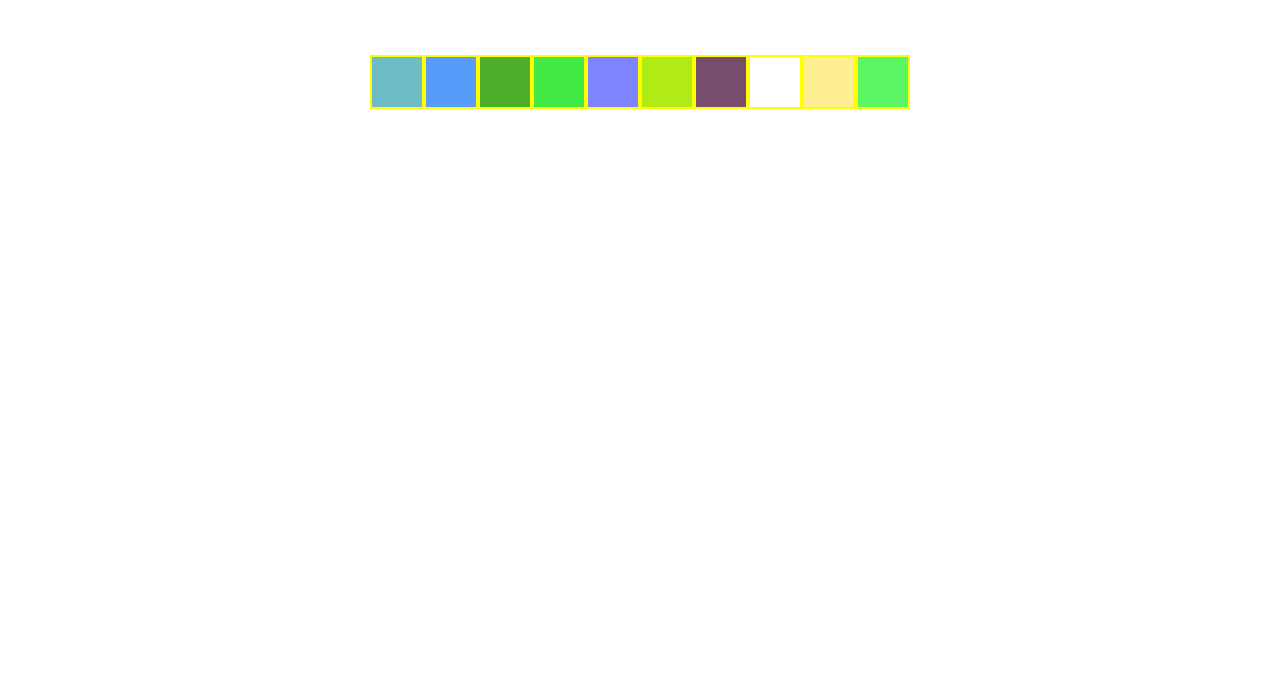
Repository: batonAnton/cursor_hw_10
Page: index.html
The author's editor kept a copy of each file at every save. The page is drawn from the files as they stood at one save, then again after the next save.
The browser window is 1280 px wide. The pictures show the whole page.

Above is the page before, as saved 2023-01-31 13:58:34.

After the next save:
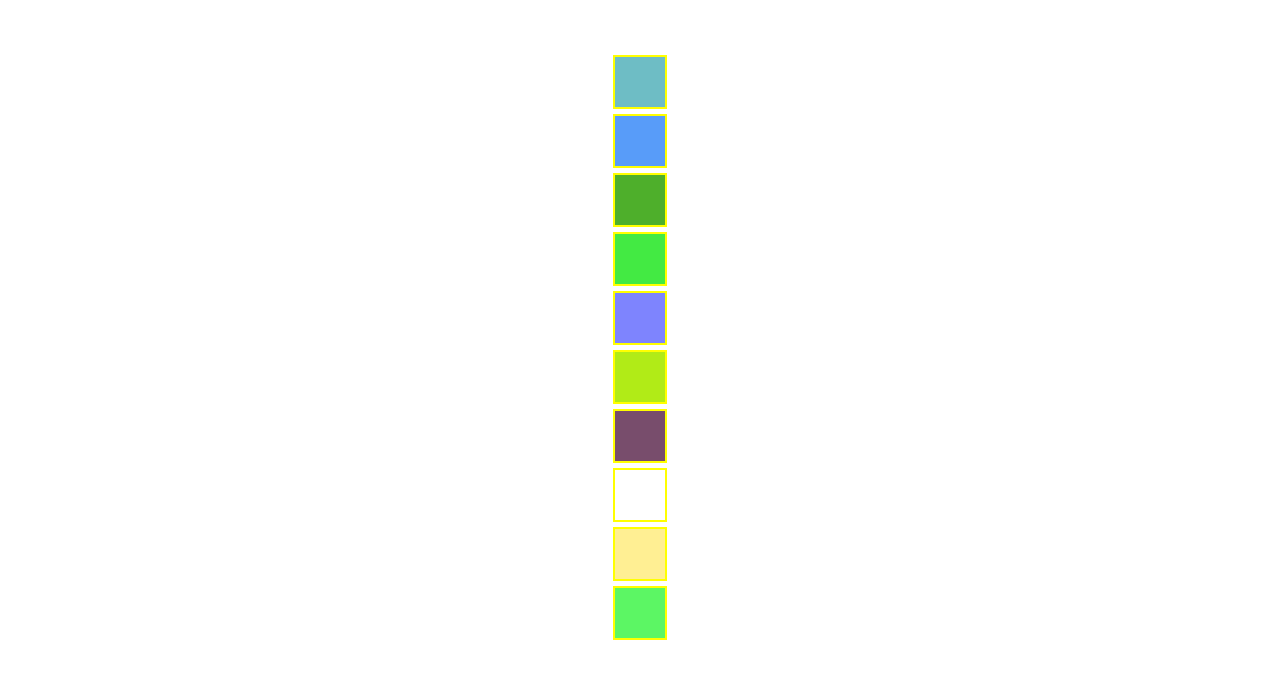
Saved 78 s later.
--- a/index.js
+++ b/index.js
@@ -1,4 +1,4 @@
-const container = document.querySelector(".container");
+const row = document.querySelector(".row");
 
 function generateBlocks(){
     // for(let i = 0; i < 5; i++){
@@ -6,13 +6,12 @@
             const div = document.createElement("div");
             div.style.backgroundColor = "#" + Math.floor(Math.random()*16777215).toString(16);
             div.classList.add("box");
-            container.prepend(div);
-// changeBackGround()
+            row.prepend(div);
 
 
-            // myDiv.innerHTML = "#" + randomColor;
         }
 }
+// }
 
 generateBlocks();
 // function changeBackGround() {

After the save that followed:
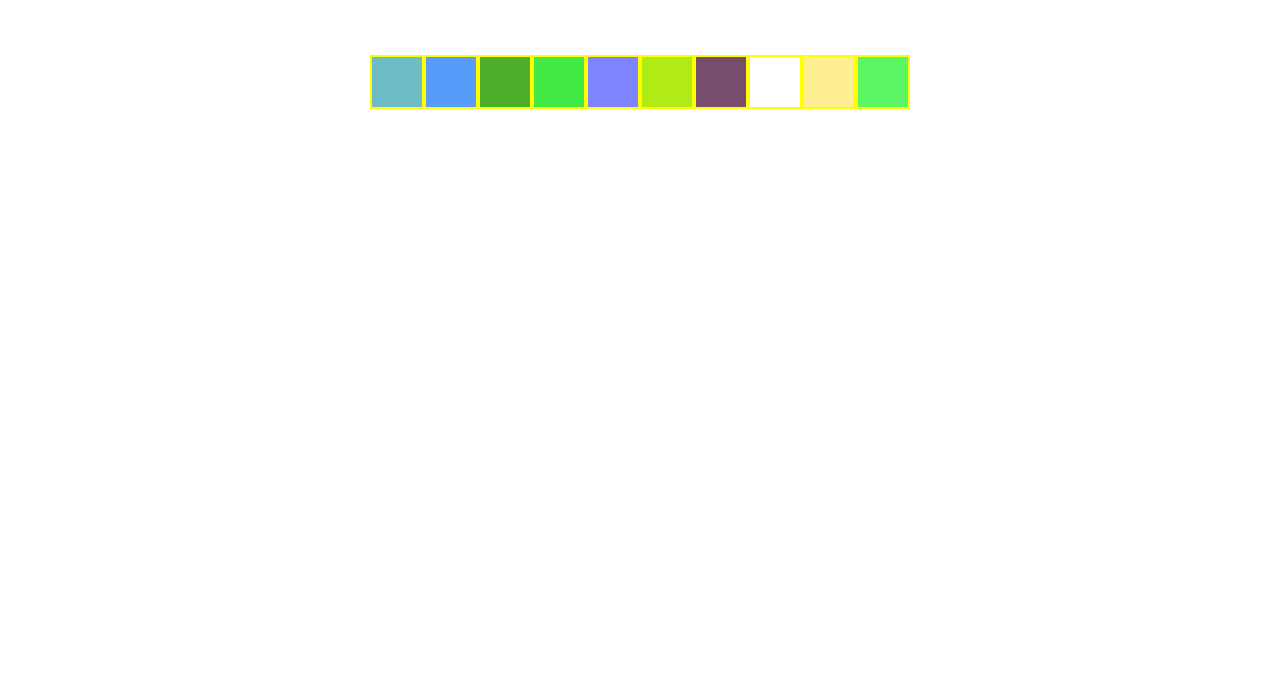
Saved 2 min 56 s later.
--- a/css/style.css
+++ b/css/style.css
@@ -13,3 +13,8 @@
     margin: 5px 0;
     border: 2px solid yellow;
 }
+
+.row{
+    display: flex;
+    justify-content: center;
+}
